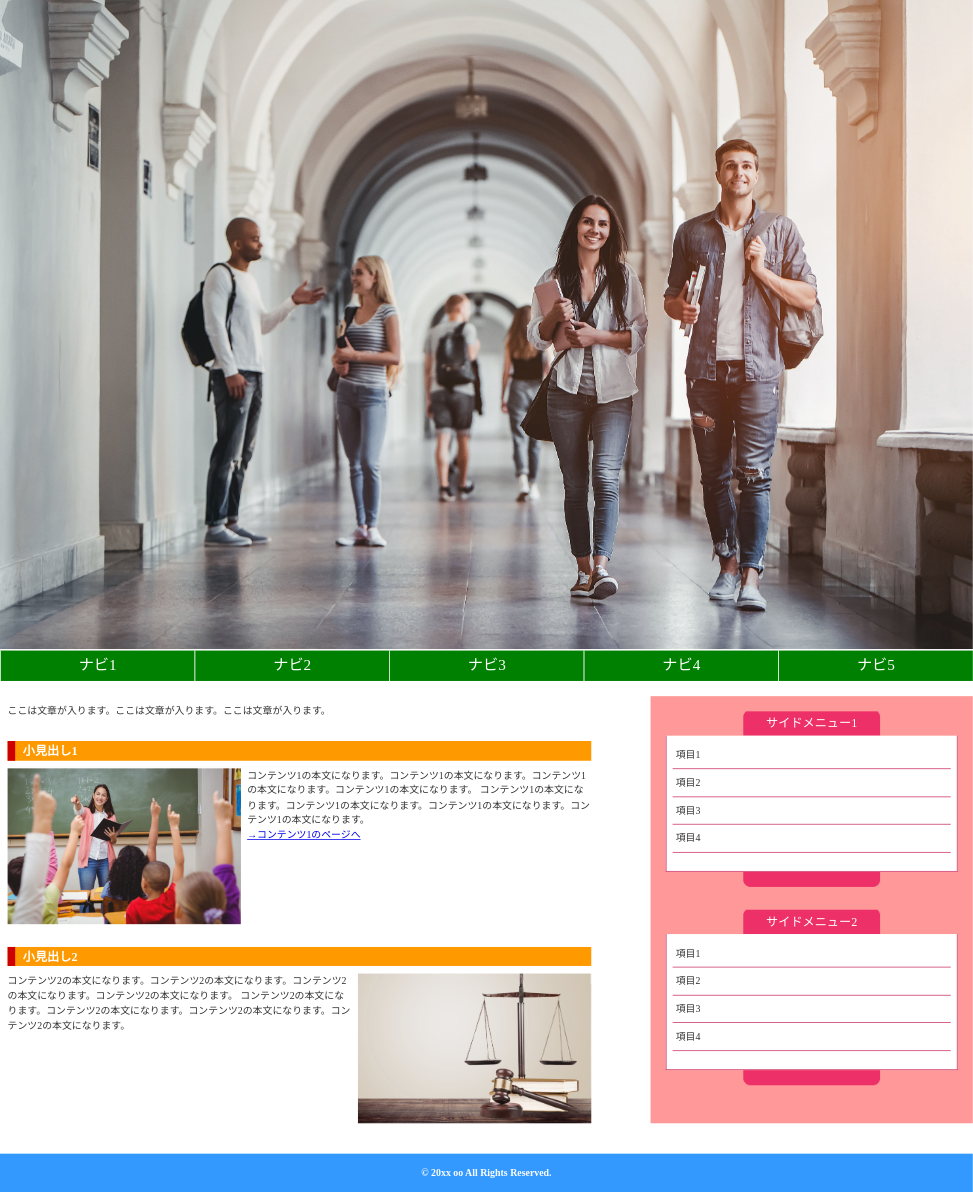
Repository: BenBen-san/Typing-Game
Page: 2nd Trial/home2.html
The author's editor kept a record of every edit. The page is drawn from the files as they stood at one moment, then again after the next edit.
The browser window is 1280 px wide. The pictures show the whole page, at 76% of full size.
The pointer rests on the first visible `#side .box .boxBody ul li`.

Above is the page before.

### 2nd Trial/home2.html
<!DOCTYPE html>
<html lang="ja">
    <head>
        <meta charset="utf-8">
        <title>HTML/CSSの学習</title>
        <link rel="stylesheet" href="stylesheet2.css">

    </head>
    <body>

            <div id="header">
                <h1><a href="index.html">
                <img id="corridor" src="corridor.jpg" alt="大学の廊下" /></a></h1>
            </div>
            <div id="wrapper">
                <div id="nav">
                    <ul>
                        <li><a href="home.html">ナビ1</a></li>
                        <li><a href="#">ナビ2</a></li>
                        <li><a href="#">ナビ3</a></li>
                        <li><a href="#">ナビ4</a></li>
                        <li><a href="#">ナビ5</a></li>
                    </ul>
                </div>

                <div id="container">
                    <div id="main">
                        <div class="post">
                            <p>ここは文章が入ります。ここは文章が入ります。ここは文章が入ります。</p>
                        </div>
                        <div class="post clearfix">
                            <h2>小見出し1</h2>
                            <img class="left" src="classroom.jpg" alt="授業風景" />
                            <p>
                                コンテンツ1の本文になります。コンテンツ1の本文になります。コンテンツ1の本文になります。コンテンツ1の本文になります。
                                コンテンツ1の本文になります。コンテンツ1の本文になります。コンテンツ1の本文になります。コンテンツ1の本文になります。
                            </p>
                            <p><a href="#">→コンテンツ1のページへ</a></p>
                        </div>

                        <div class="post clearfix">
                            <h2>小見出し2</h2>
                            <img class="right" src="scale.jpg" alt="天秤" />
                            <p>
                                コンテンツ2の本文になります。コンテンツ2の本文になります。コンテンツ2の本文になります。コンテンツ2の本文になります。
                                コンテンツ2の本文になります。コンテンツ2の本文になります。コンテンツ2の本文になります。コンテンツ2の本文になります。
                            </p>
                        </div>
                    </div>

                    <div id="side">
                        <div class="box">
                            <h2>サイドメニュー1</h2>
                            <div class="boxBody">
                                <ul>
                                    <li>項目1</li>
                                    <li>項目2</li>
                                    <li>項目3</li>
                                    <li>項目4</li>
                                </ul>
                            </div>
                        </div>
                        <div class="box">
                            <h2>サイドメニュー2</h2>
                            <div class="boxBody">
                                <ul>
                                    <li>項目1</li>
                                    <li>項目2</li>
                                    <li>項目3</li>
                                    <li>項目4</li>
                                </ul>
                            </div>
                        </div>
                    </div>
                </div>
            </div>
            <div id=footer>
                <p>&copy; 20xx oo All Rights Reserved.</p>
            </div>

    </body>
</html>

### 2nd Trial/stylesheet2.css
@charset "utf-8";

body{
    margin: 0;
    padding: 0;
    font-family: "ヒラギノ角ゴ Pro W3", "Hiragino Kaku Gothic Pro", "メイリオ", Meiryo, Osaka, "MS Pゴシック", "MS PGothic", snns-serif;
    color: #333;
    font-size: 13px;
    line-height: 150%;
}

/* -------- wrapper ---------- */

#wrapper{
    width: 100%;
    margin: auto;
    padding: 0px;
    border: 0px;
    background-color: #FFF;
}

/* -------- header ---------- */

#header{
    width: 100%;
}

#header h1{
    margin: 0;
    padding: 0;
}

#corridor{
    width: 100%;
    height: auto;
}

/* -------- footer ---------- */

#footer{
    clear: both;
    width: 100%;
    padding: 3px 0 3px 0;
    background-color: #39F;
    color: #FFF;
    font-weight: bold;
    text-align: center;
}

/* -------- navigation ---------- */

#nav{
    width: 100%;
}

#nav ul{
    box-sizing: border-box;
    margin: 0;
    padding: 0;
    list-style-type: none;
}

#nav ul li{
    float: left;
    width: 20%;
    text-align: center;
}

#nav ul li a{
    display: block;
    height: 20px;
    margin: 0;
    padding: 10px;
    color: #FFF;
    font-size: 20px;
    text-decoration: none;
    background-color: green;
    border-left: 1px solid white;
}

#nav ul li a:hover {
    filter: drop-shadow(10px 10px 10px black);
}

#navi ul li:first-child{
    border-left: none;
}

/* -------- container ---------- */

#container{
    width: 100%;
    margin: auto;
    padding-top: 20px;
    clear: both;
}

/* -------- main ---------- */
#main{
    float: left;
    width: 60%;
    padding: 10px 30px 10px 10px;
}

#main h2{
    margin: 0 0 10px 0;
    padding: 3px 10px 3px 10px;
    color: #FFF;
    font-size: 16px;
    border-left: solid 10px #C00;
    background-color: #F90;
}

#main p{
    margin: 0;
    padding: 0;
}


#main .post{
    margin: 0 0 30px 0;
}


#main .post img.right{
    margin: 0 0 0 8px;
}

#main .post img.left{
    margin: 0 8px 0 0;
}

.right{
    float: right;
    width: 40%;
    height: auto;
}

.left{
    float: left;
    width: 40%;
    height: auto;
}

/* -------- clearfix ---------- */

.clearfix{
    zoom: 1;
}

.clearfix:after{
    content: "";
    display: block;
    clear: both;
}

/* -------- side ---------- */

#side{
    float: right;
    width: 30%;
    padding: 20px;
    background-color: #F99;
}

#side .box{
    margin: 0 auto 30px 0;
    padding: 0 0 20px 0;
    background: url(side_box.png) bottom no-repeat;
}

#side .box h2{
    margin: 0;
    padding: 8px;
    text-align: center;
    color: #FFF;
    font-size: 16px;
    line-height: 16px;
    font-weight: normal;
    background: url(side_box_h2.png) center no-repeat;
}

#side .box .boxBody{
    padding: 8px;
    border-right: solid 1px #C36;
    border-bottom: solid 1px #C36;
    border-left: solid 1px #C36;
    background: #FFF;
}

#side .box .boxBody ul{
    margin: 0 0 16px 0;
    padding: 0;
}

#side .box .boxBody ul li{
    padding: 8px 0 8px 4px;
    list-style: none;
    border-bottom: solid 1px #C36;
}

After the next edit:
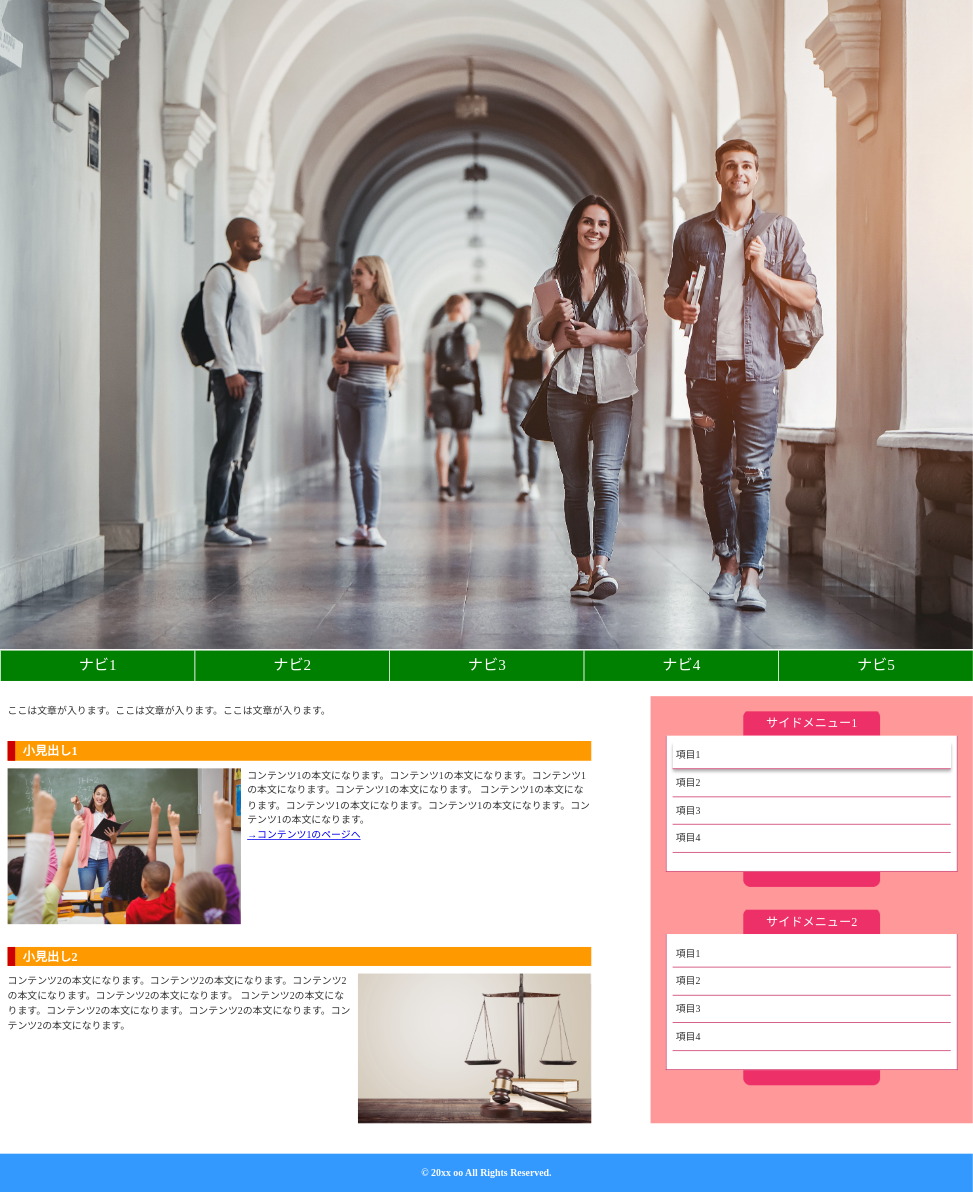
The edit:
--- a/2nd Trial/stylesheet2.css
+++ b/2nd Trial/stylesheet2.css
@@ -198,3 +198,10 @@
     list-style: none;
     border-bottom: solid 1px #C36;
 }
+
+#side .box .boxBody ul li:hover{
+    padding: 8px 0 8px 4px;
+    list-style: none;
+    border-bottom: solid 1px #C36;
+    box-shadow: 0px 4px 4px rgba(0, 0, 0, 0.3);
+}
